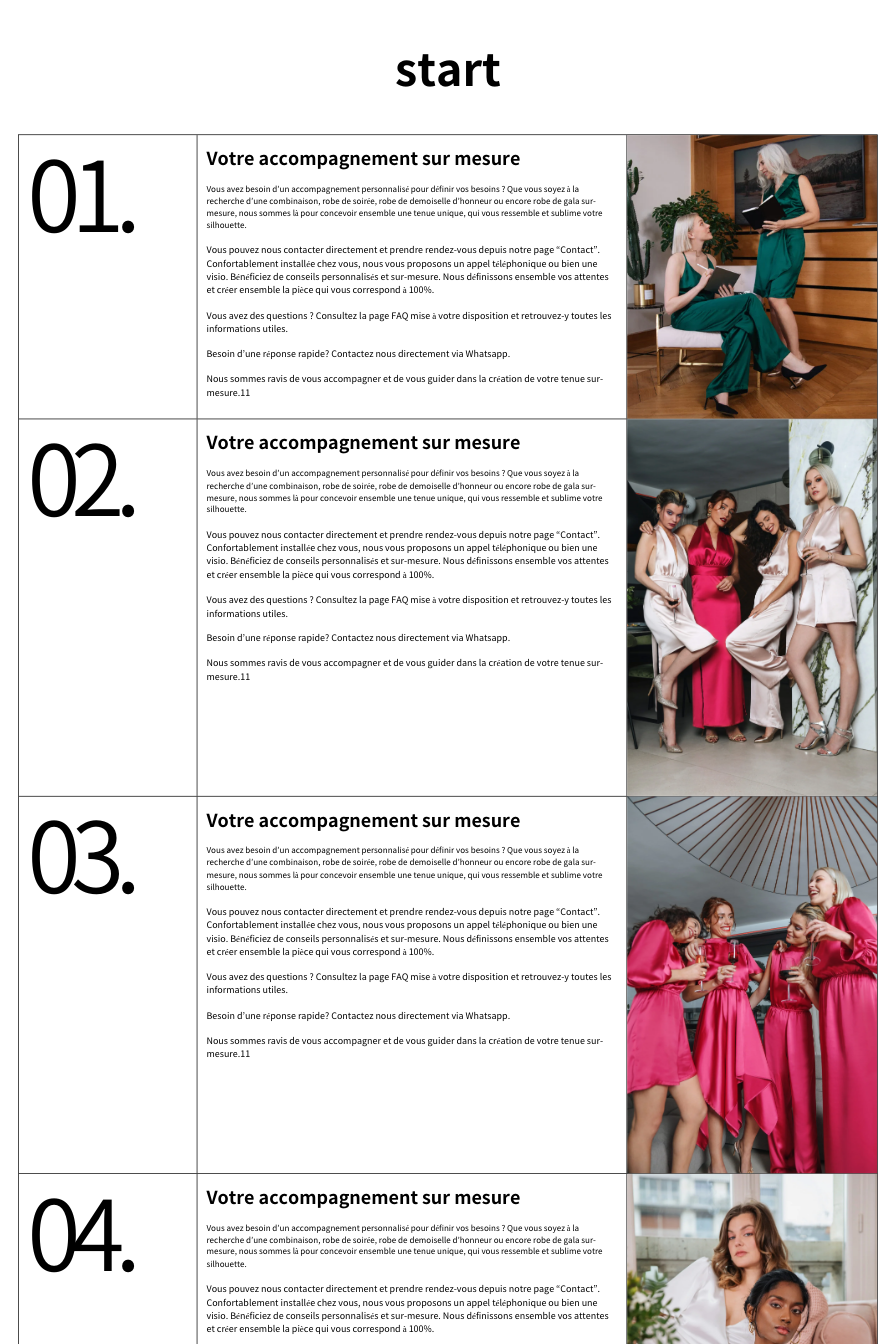
Repository: lwygold/motion
Page: layout/위로 하나씩 붙는 그리드.html
These files come from the project's save history. The page is drawn as it stood at one moment and after the next save; the edit follows.
The browser window is 1280 px wide. The pictures show the part of the page from y = 0 to 1920 px (the page is 2654 px tall before and 2652 px after), at 70% of full size.

Above is the page before, as saved 2023-03-28 09:57:46.

After the next save:
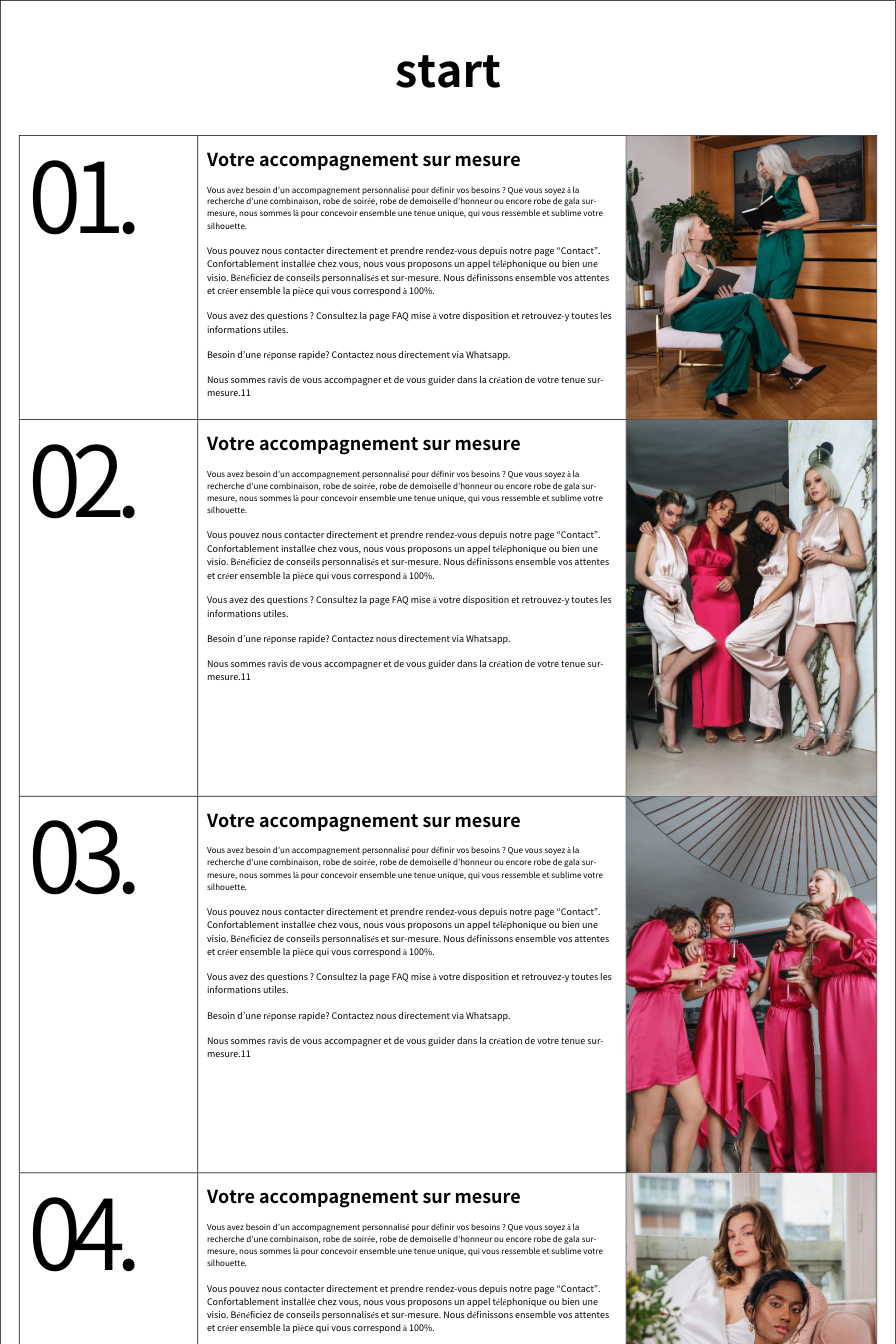
Saved 10 s later.
--- a/layout/위로 하나씩 붙는 그리드.html
+++ b/layout/위로 하나씩 붙는 그리드.html
@@ -112,7 +112,7 @@
 <body>
 
 
-    <section>
+    <section class="grid">
 
         <div>
             <h2>start</h2>
